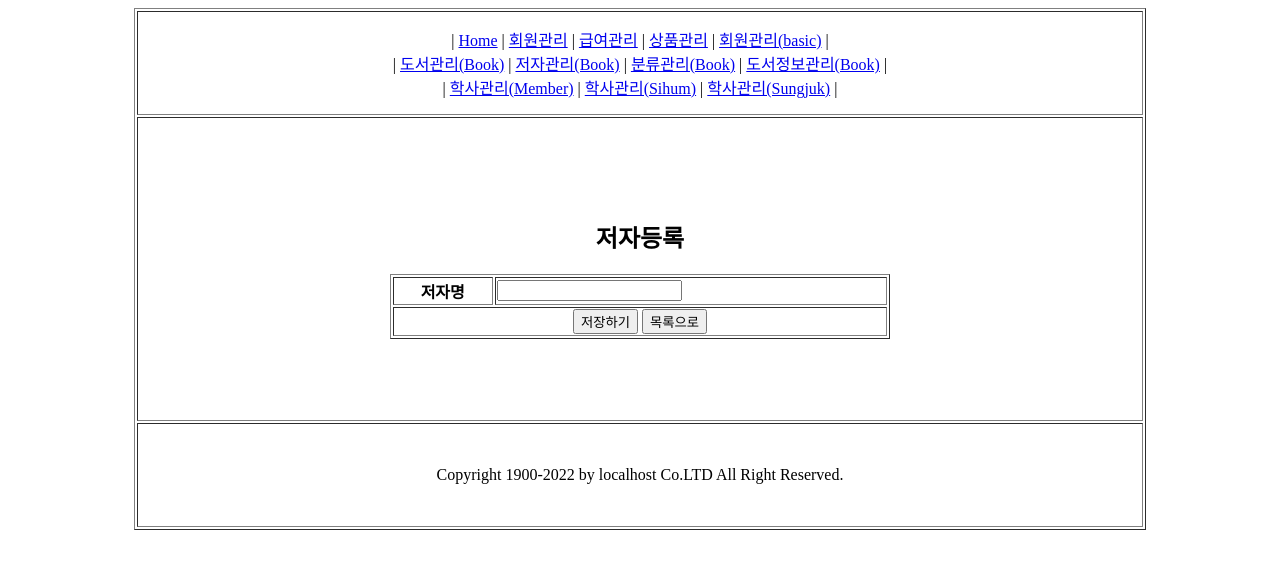
Repository: Mildous/HKIT-BackendClass
Page: http://localhost/jspTest/BookInfo/insert.jsp
An editor plug-in stored every save of this project. The page is shown before and after the next save, followed by the edit.
The browser window is 1280 px wide. The pictures show the whole page.
The page is served by Tomcat 9.

Above is the page before, as saved 2022-08-16 02:49:45.

After the next save:
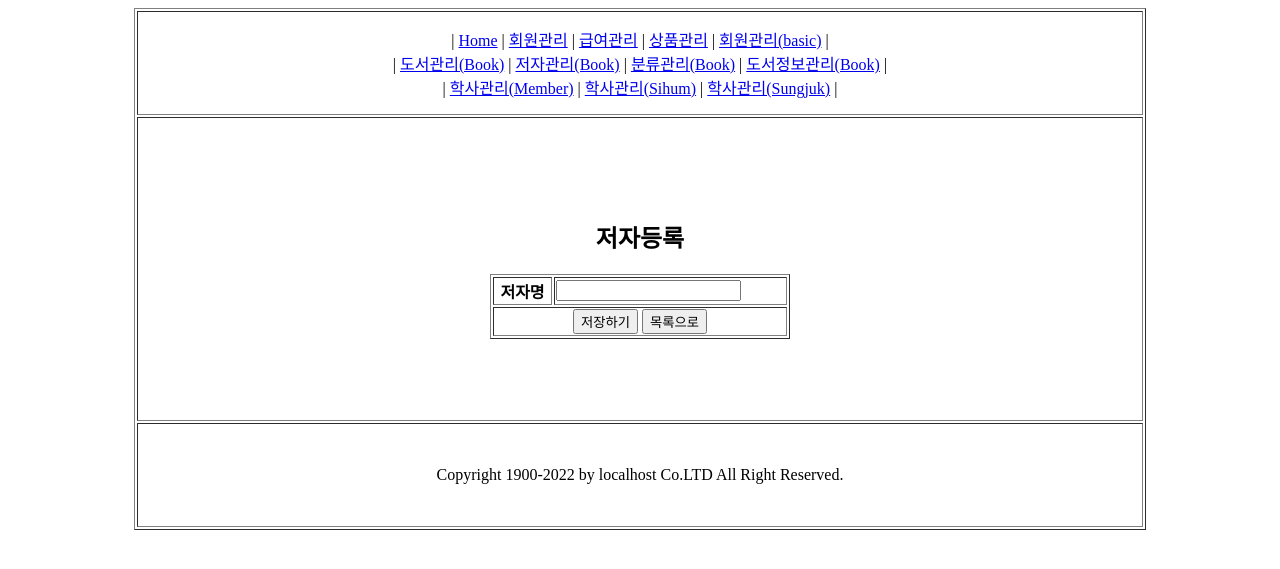
Saved 11 s later.
--- a/workspace/jsp/jspTest/WebContent/BookInfo/insert_sub.jsp
+++ b/workspace/jsp/jspTest/WebContent/BookInfo/insert_sub.jsp
@@ -10,7 +10,7 @@
 <h2>저자등록</h2>
 
 <form name="DirForm">
-<table border="1" width="50%" align="center">
+<table border="1" width="30%" align="center">
 	<tr>
 		<th>저자명</th>
 		<td><input type="text" name="author" id="author"></td>
